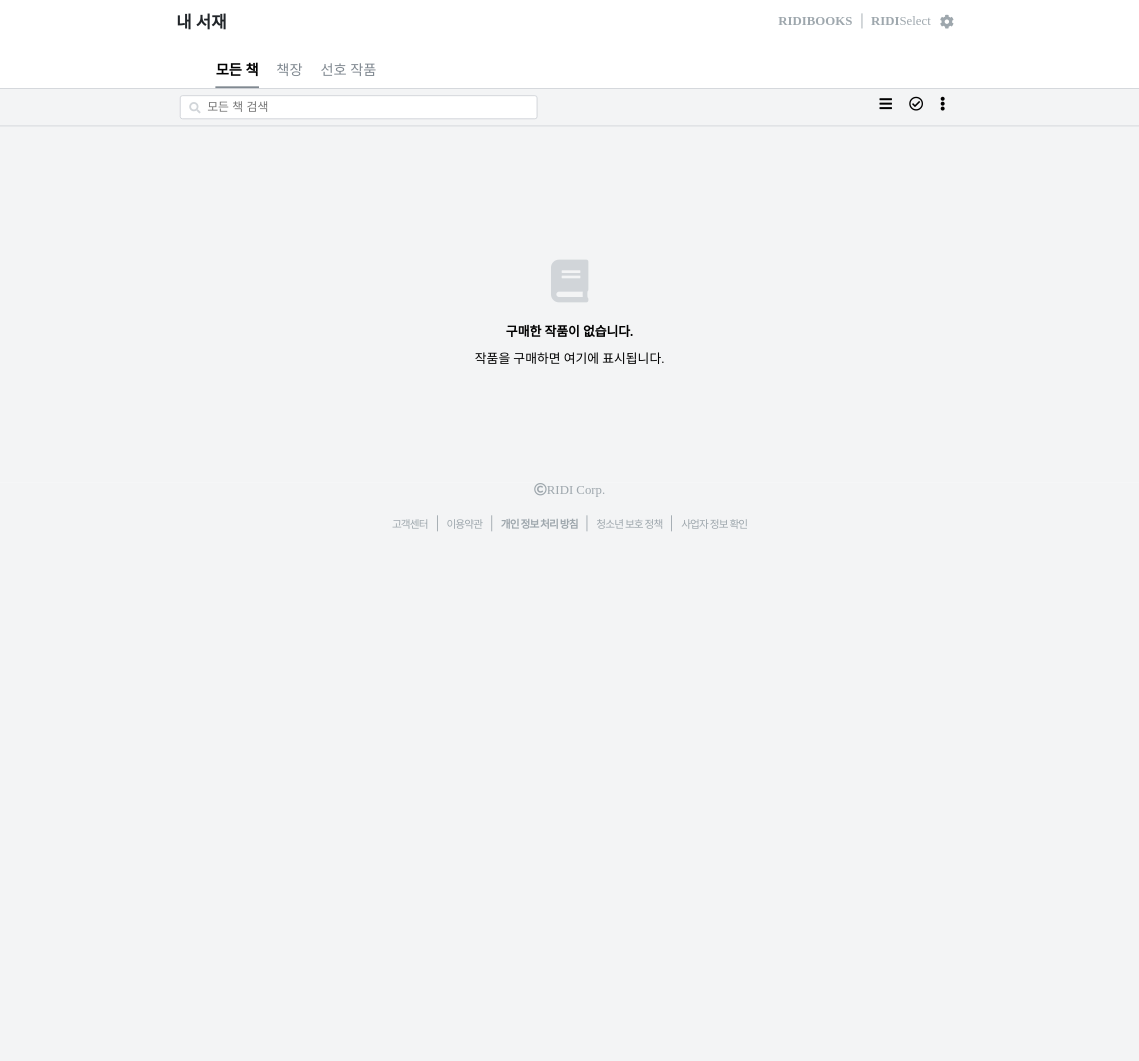
Repository: mega-teamproject/teamproject1
Page: html/my study.html
An editor plug-in stored every save of this project. The page is shown before and after a run of saves, followed by the edit.
The browser window is 1280 px wide. The pictures show the whole page, at 89% of full size.

Above is the page before, as saved 2022-01-04 01:09:20.

After the next 3 saves:
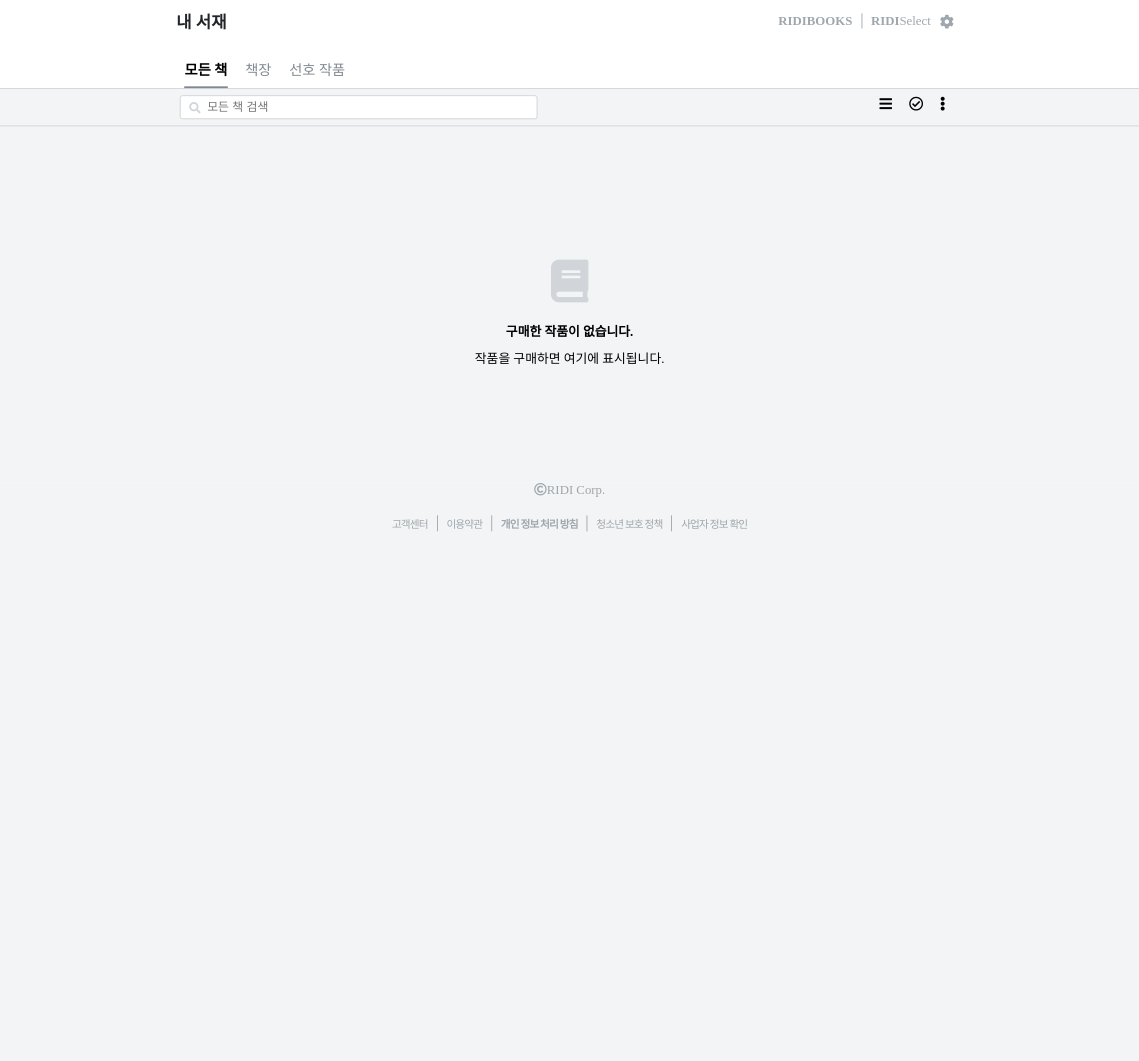
The 3 saves are shown as one change because they came seconds apart.
The last was saved 11 s later.
--- a/css/mystudy.css
+++ b/css/mystudy.css
@@ -110,7 +110,7 @@
 }
 
 .menu ul .fake li {
-  width: 50px;
+  width: 120px;
 }
 
 .menu li {
